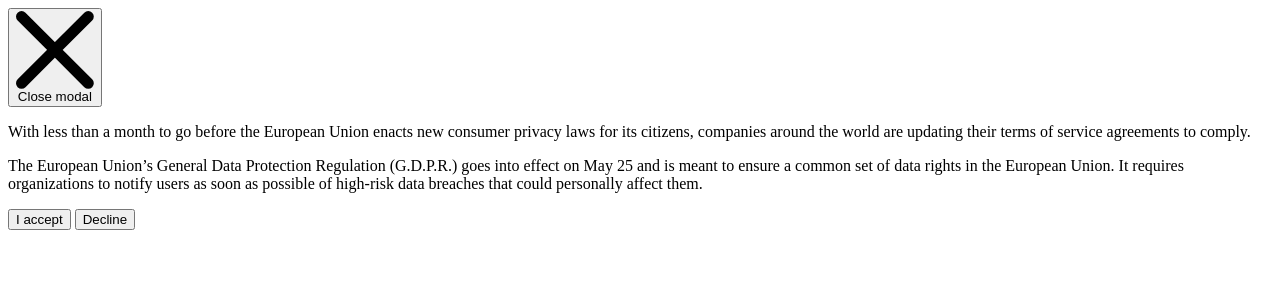
Repository: Saquib45/Manage-Contact
Page: src/main/resources/templates/user/contact_modals.html
The author's editor kept a copy of each file at every save. The page is drawn from the files as they stood at one save, then again after the next save.
The browser window is 1280 px wide. The pictures show the whole page.

Above is the page before, as saved 2025-03-23 16:42:40.

### src/main/resources/templates/user/contact_modals.html
<div data-th-fragment="contact">
  <!-- Modal toggle -->

  <!-- Main modal -->
  <div
    id="view_contact_modal"
    tabindex="-1"
    aria-hidden="true"
    class="hidden overflow-y-auto overflow-x-hidden fixed top-0 right-0 left-0 z-50 justify-center items-center w-full md:inset-0 h-[calc(100%-1rem)] max-h-full"
  >
    <div class="relative p-4 w-full max-w-2xl max-h-full">
      <!-- Modal content -->
      <div class="relative bg-white rounded-lg shadow-sm dark:bg-gray-700">
        <!-- Modal header -->
        <div
          class="flex  justify-between p-4 md:p-5 border-b rounded-t dark:border-gray-600 border-gray-200"
        >
        <div class=""></div>
        <div class="p-5 flex flex-col justify-center items-center space-y-2"></div>

          <div>
            <h3 id="contact_name" class=" text-xl font-semibold text-gray-900 dark:text-white"></h3>
            <p class=" text-gray-800 dark:text-gray-300" id="contact_email"></p>
            <p class=" text-gray-800 dark:text-gray-300" id="contact_phone"></p>
          </div>


          <button
            type="button"
            class="text-gray-400 bg-transparent hover:bg-gray-200 hover:text-gray-900 rounded-lg text-sm w-8 h-8 ms-auto inline-flex justify-center items-center dark:hover:bg-gray-600 dark:hover:text-white"
            onclick="closeContactModal()"
            >
            <svg
              class="w-3 h-3"
              aria-hidden="true"
              xmlns="http://www.w3.org/2000/svg"
              fill="none"
              viewBox="0 0 14 14"
            >
              <path
                stroke="currentColor"
                stroke-linecap="round"
                stroke-linejoin="round"
                stroke-width="2"
                d="m1 1 6 6m0 0 6 6M7 7l6-6M7 7l-6 6"
              />
            </svg>
            <span class="sr-only">Close modal</span>
          </button>
        </div>
        <!-- Modal body -->
        <div class="p-4 md:p-5 space-y-4">
          <p class="text-base leading-relaxed text-gray-500 dark:text-gray-400">
            With less than a month to go before the European Union enacts new
            consumer privacy laws for its citizens, companies around the world
            are updating their terms of service agreements to comply.
          </p>
          <p class="text-base leading-relaxed text-gray-500 dark:text-gray-400">
            The European Union’s General Data Protection Regulation (G.D.P.R.)
            goes into effect on May 25 and is meant to ensure a common set of
            data rights in the European Union. It requires organizations to
            notify users as soon as possible of high-risk data breaches that
            could personally affect them.
          </p>
        </div>
        <!-- Modal footer -->
        <div
          class="flex items-center p-4 md:p-5 border-t border-gray-200 rounded-b dark:border-gray-600"
        >
          <button
            data-modal-hide="default-modal"
            type="button"
            class="text-white bg-blue-700 hover:bg-blue-800 focus:ring-4 focus:outline-none focus:ring-blue-300 font-medium rounded-lg text-sm px-5 py-2.5 text-center dark:bg-blue-600 dark:hover:bg-blue-700 dark:focus:ring-blue-800"
          >
            I accept
          </button>
          <button
            onclick="closeContactModal()"
            data-modal-hide="default-modal"
            type="button"
            class="py-2.5 px-5 ms-3 text-sm font-medium text-gray-900 focus:outline-none bg-white rounded-lg border border-gray-200 hover:bg-gray-100 hover:text-blue-700 focus:z-10 focus:ring-4 focus:ring-gray-100 dark:focus:ring-gray-700 dark:bg-gray-800 dark:text-gray-400 dark:border-gray-600 dark:hover:text-white dark:hover:bg-gray-700"
          >
            Decline
          </button>
        </div>
      </div>
    </div>
  </div>
</div>

After the next save:
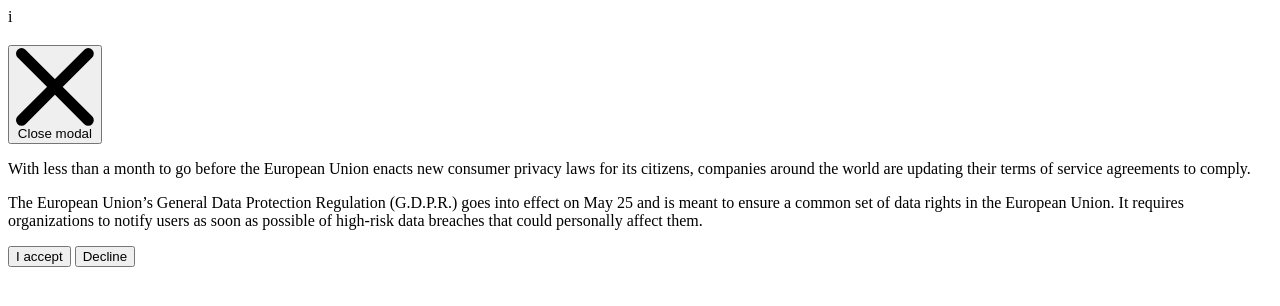
Saved 13 s later.
--- a/src/main/resources/templates/user/contact_modals.html
+++ b/src/main/resources/templates/user/contact_modals.html
@@ -16,7 +16,9 @@
           class="flex  justify-between p-4 md:p-5 border-b rounded-t dark:border-gray-600 border-gray-200"
         >
         <div class=""></div>
-        <div class="p-5 flex flex-col justify-center items-center space-y-2"></div>
+        <div class="p-5 flex flex-col justify-center items-center space-y-2">
+          i
+        </div>
 
           <div>
             <h3 id="contact_name" class=" text-xl font-semibold text-gray-900 dark:text-white"></h3>
